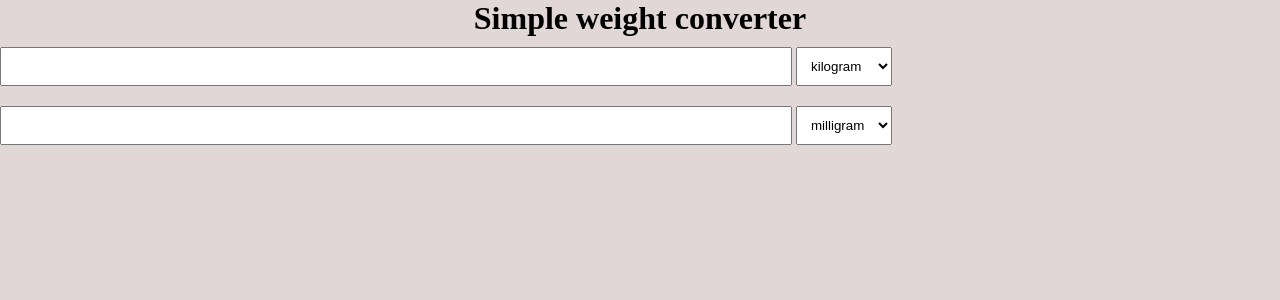
Repository: Eugene44-hub/weight-converter
Page: index.html
An editor plug-in stored every save of this project. The page is shown before and after the next save, followed by the edit.
The browser window is 1280 px wide. The pictures show the whole page.

Above is the page before, as saved 2021-09-20 04:44:00.

### index.html
<!DOCTYPE html>
<html lang="en">

<head>
    <meta charset="UTF-8">
    <meta http-equiv="X-UA-Compatible" content="IE=edge">
    <meta name="viewport" content="width=device-width, initial-scale=1.0">
    <link rel="stylesheet" href="style.css">
    <title>Document</title>
</head>

<body>
    <div class="converter">
        <h1>Simple weight converter</h1>
        <input type="number" id="typed">
        <select name="" id="in-weight">
      <option value="kg">kilogram</option>
      <option value="ou">ounce</option>
      <option value="mg">milligram</option>
    </select>
        <input type="number" id="output">
        <select name="" id="out-weight">
      <option value="mg">milligram</option>
      <option value="ou">ounce</option>
      <option value="kg">kilogram</option>
    </select>
    </div>
    <script src="app.js"></script>
</body>

</html>

### style.css
* {
    padding: 0;
    margin: 0;
}

body {
    background-color: rgb(226, 215, 215);
}

input {
    width: 60%;
    padding: 10px;
    margin: 10px auto;
}

h1 {
    text-align: center;
}

select {
    padding: 10px;
}

### app.js
let typed = document.querySelector('#typed');
let output = document.querySelector('#output');
let select = document.querySelector('#in-weight');
let select2 = document.querySelector('#out-weight');

function selectTwo(val) {
    select2.addEventListener('change', e => {
        if (select2.value === 'mg' && select.value === 'kg') {
            output.value = val * Math.pow(10, 6)
        } else if (select2.value === "ou" && select.value === 'mg') {
            output.value = val * 0.000035274
        } else if (select2.value === "ou" && select.value === 'kg') {
            output.value = val * 35.274
        } else if (select2.value === "kg" && select.value === 'ou') {
            output.value = val / 35.274
        } else if (select2.value === "mg" && select.value === 'ou') {
            output.value = val / 0.000035274
        } else if (select2.value === "kg" && select.value === 'mg') {
            output.value = val / Math.pow(10, 6)
        } else {
            output.value = typed.value
        }

    })
}

function selectOne(val) {
    select.addEventListener('change', e => {

        if (select2.value === 'mg' && select.value === 'kg') {
            typed.value = val / Math.pow(10, 6)
        } else if (select2.value === "mg" && select.value === 'ou') {
            typed.value = val * 0.000035274
        } else if (select2.value === "ou" && select.value === 'kg') {
            typed.value = val / 35.274
        } else if (select2.value === "kg" && select.value === 'ou') {
            typed.value = val * 35.274
        } else if (select2.value === "ou" && select.value === 'mg') {
            typed.value = val / 0.000035274
        } else if (select2.value === "kg" && select.value === 'mg') {
            typed.value = val * Math.pow(10, 6)
        } else { typed.value = output.value }
    })
}


typed.addEventListener('input',
    e => {

        if (select2.value === 'mg' && select.value === 'kg') {
            output.value = Number(e.target.value) * Math.pow(10, 6)
        } else if (select2.value === "ou" && select.value === 'mg') {
            output.value = Number(e.target.value) * 0.000035274
        } else if (select2.value === "ou" && select.value === 'kg') {
            output.value = Number(e.target.value) * 35.274
        } else if (select2.value === "kg" && select.value === 'ou') {
            output.value = Number(e.target.value) / 35.274
        } else if (select2.value === "mg" && select.value === 'ou') {
            output.value = Number(e.target.value) / 0.000035274
        } else if (select2.value === "kg" && select.value === 'mg') {
            output.value = Number(e.target.value) / Math.pow(10, 6)
        } else {
            output.value = typed.value
        }
        selectTwo(Number(e.target.value))
    })

output.addEventListener('input',
    e => {
        if (select2.value === 'mg' && select.value === 'kg') {
            typed.value = Number(e.target.value) / Math.pow(10, 6)
        } else if (select2.value === "mg" && select.value === 'ou') {
            typed.value = Number(e.target.value) * 0.000035274
        } else if (select2.value === "ou" && select.value === 'kg') {
            typed.value = Number(e.target.value) / 35.274
        } else if (select2.value === "kg" && select.value === 'ou') {
            typed.value = Number(e.target.value) * 35.274
        } else if (select2.value === "ou" && select.value === 'mg') {
            typed.value = Number(e.target.value) / 0.000035274
        } else if (select2.value === "kg" && select.value === 'mg') {
            typed.value = Number(e.target.value) * Math.pow(10, 6)
        } else { typed.value = output.value }
        selectOne(Number(e.target.value))
    })

After the next save:
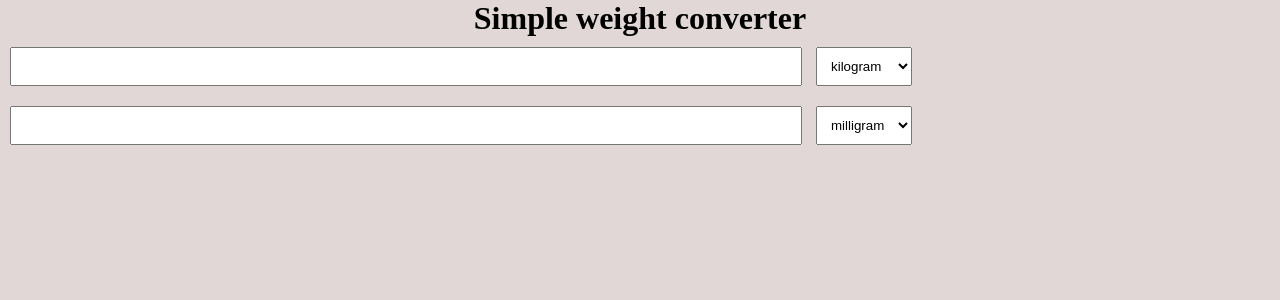
Saved 27 s later.
--- a/style.css
+++ b/style.css
@@ -10,7 +10,7 @@ body {
 input {
     width: 60%;
     padding: 10px;
-    margin: 10px auto;
+    margin: 10px;
 }
 
 h1 {

After the save that followed:
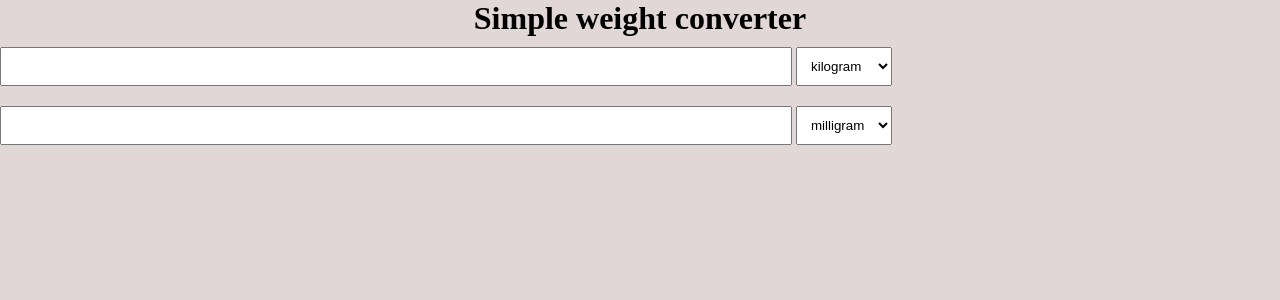
Saved 4 s later.
--- a/style.css
+++ b/style.css
@@ -10,7 +10,7 @@ body {
 input {
     width: 60%;
     padding: 10px;
-    margin: 10px;
+    margin: 10px auto;
 }
 
 h1 {
